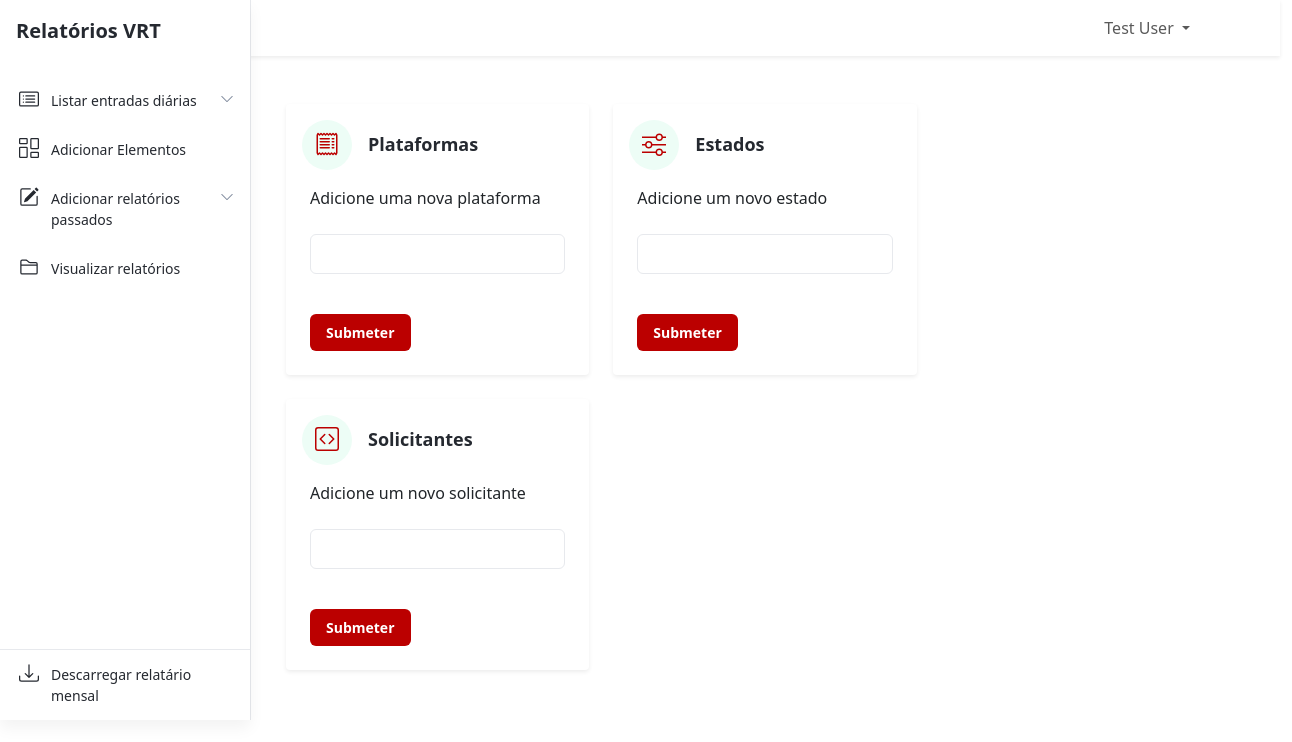
Repository: Yolanda-Marchone/Relatorios
Page: http://localhost/adicionar
These files come from the project's save history. The page is drawn as it stood at one moment and after the next save; the edit follows.
The browser window is 1280 px wide. The page is 1292 px wide, so the pictures cover 1292 px, including what lies to the right of the window. The pictures show the whole page.
The page is served by the project's Laravel application, run on PHP 8.4 with Laravel 10. A made-up administrator, Test User (test@example.com), is signed in. Style sheets and scripts are compiled from the project's sources, by tool versions that may differ from the author's.

Above is the page before, as saved 2024-05-23 11:20:43.

After the next save:
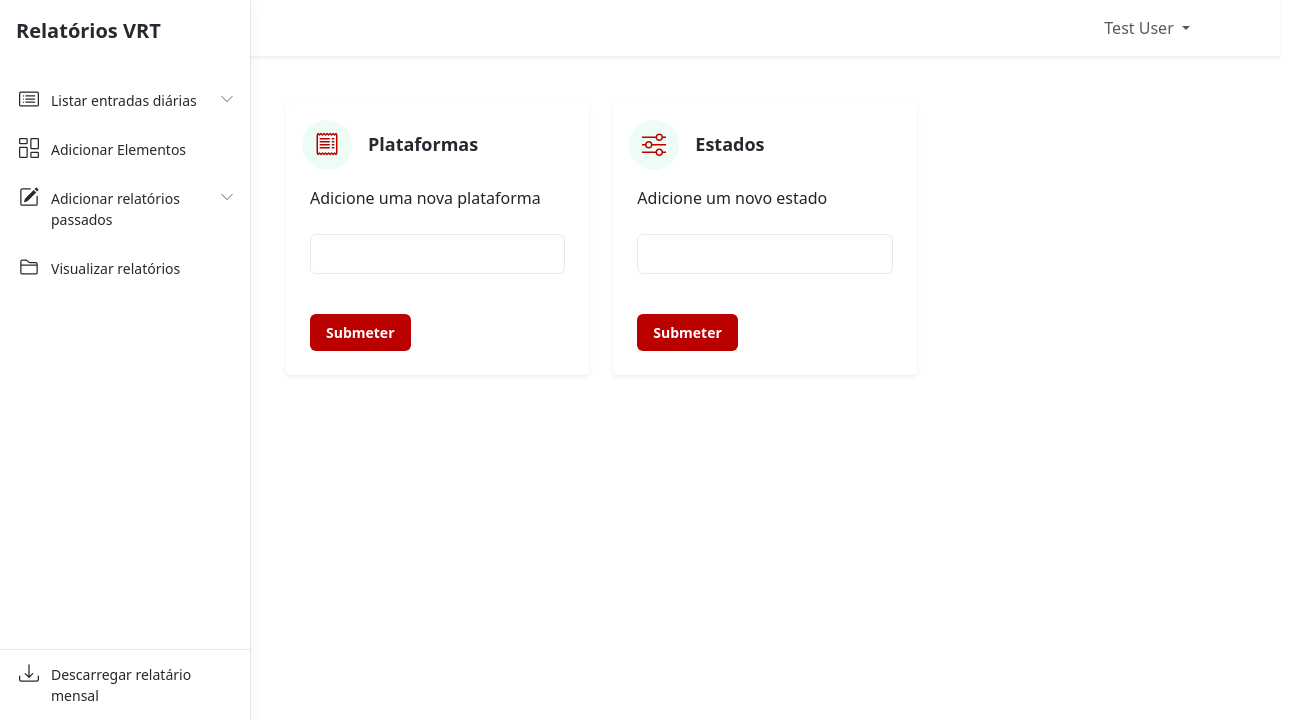
Saved 12 s later.
--- a/resources/views/layouts/adicionar.blade.php
+++ b/resources/views/layouts/adicionar.blade.php
@@ -98,40 +98,7 @@
 
 
                     <div class="col-12 col-lg-4">
-					    <div class="app-card app-card-basic d-flex flex-column align-items-start shadow-sm">
-						    <div class="app-card-header p-3 border-bottom-0">
-						        <div class="row align-items-center gx-3">
-							        <div class="col-auto">
-								        <div class="app-icon-holder">
-                                        <svg width="1em" height="1em" viewBox="0 0 16 16" class="bi bi-code-square" fill="currentColor" xmlns="http://www.w3.org/2000/svg">
-  <path fill-rule="evenodd" d="M14 1H2a1 1 0 0 0-1 1v12a1 1 0 0 0 1 1h12a1 1 0 0 0 1-1V2a1 1 0 0 0-1-1zM2 0a2 2 0 0 0-2 2v12a2 2 0 0 0 2 2h12a2 2 0 0 0 2-2V2a2 2 0 0 0-2-2H2z"/>
-  <path fill-rule="evenodd" d="M6.854 4.646a.5.5 0 0 1 0 .708L4.207 8l2.647 2.646a.5.5 0 0 1-.708.708l-3-3a.5.5 0 0 1 0-.708l3-3a.5.5 0 0 1 .708 0zm2.292 0a.5.5 0 0 0 0 .708L11.793 8l-2.647 2.646a.5.5 0 0 0 .708.708l3-3a.5.5 0 0 0 0-.708l-3-3a.5.5 0 0 0-.708 0z"/>
-</svg>
-									    </div><!--//icon-holder-->
 
-							        </div><!--//col-->
-							        <div class="col-auto">
-								        <h4 class="app-card-title">Solicitantes</h4>
-							        </div><!--//col-->
-						        </div><!--//row-->
-						    </div><!--//app-card-header-->
-						    <div class="app-card-body px-4">
-
-<div class="intro">Adicione um novo solicitante</div>
-<div class="mb-3"  >
-<form class="settings-form" method="POST" action="/submeter_solicitante">
-        @csrf
-<label for="setting-input-1" class="form-label"></label>
-<input type="text" class="form-control" id="novo_solicitante" name="novo_solicitante" value="" required>
-
-</div>
-</div><!--//app-card-body-->
-
-<div class="app-card-footer p-4 mt-auto">
-<button type="submit" class="btn app-btn-primary" >Submeter</button>
-    </form>
-</div><!--//app-card-footer-->
-						</div><!--//app-card-->
 				    </div><!--//col-->
                 </div>
 
